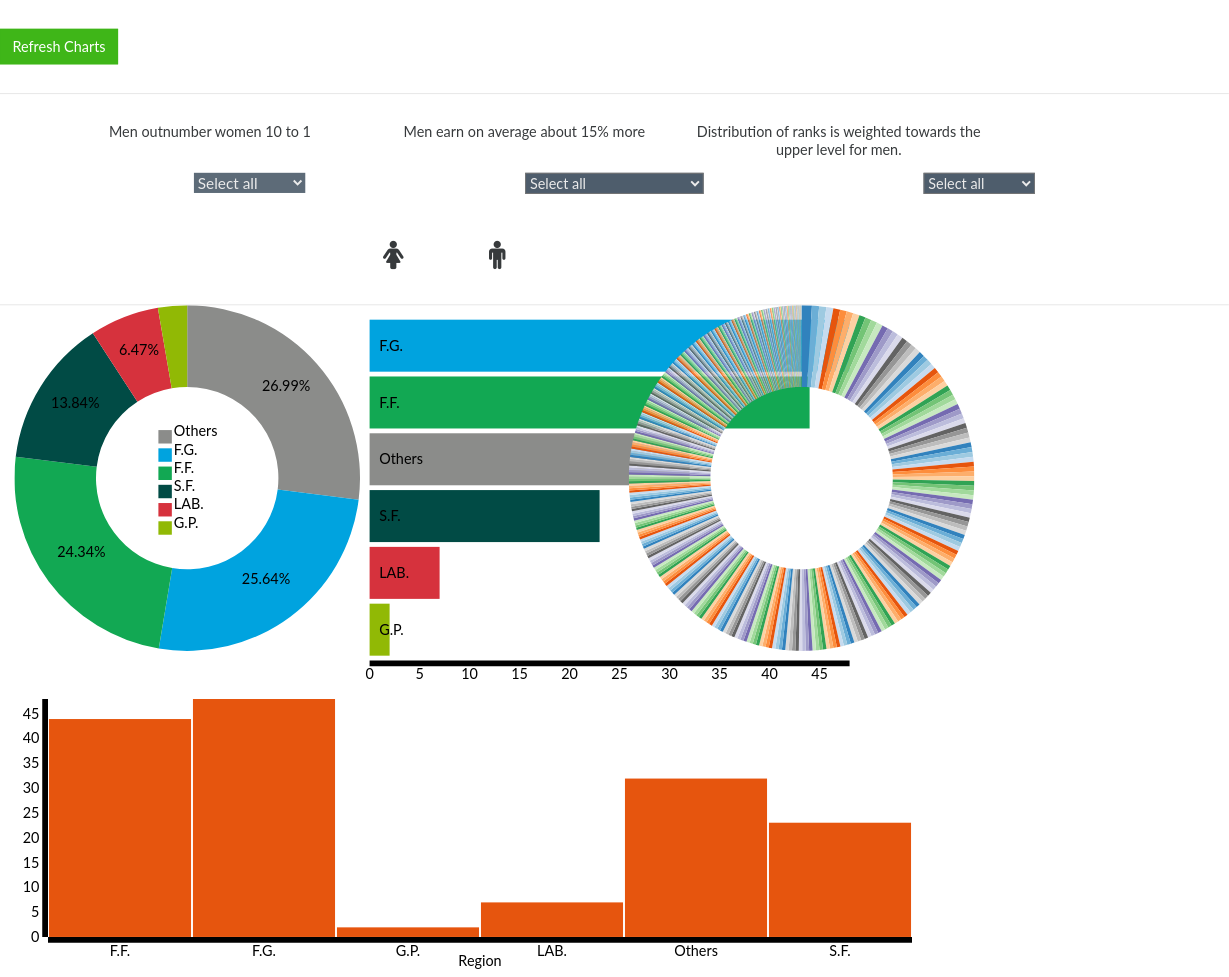
Repository: pauldardis/project-2-test
Page: index.html
The author's editor kept a record of every edit. The page is drawn from the files as they stood at one moment, then again after the next edit.
The browser window is 1280 px wide. The pictures show the whole page, at 96% of full size.

Above is the page before.

### index.html
<!DOCTYPE html>
<html lang="en">

<head>
    <meta charset="UTF-8">
    <meta name="viewport" content="width=device-width, initial-scale=1.0">
    <meta http-equiv="X-UA-Compatible" content="ie=edge">
    <title>Dashboard</title>

    <link rel="stylesheet" href="assets/css/bootstrap.min.css" type="text/css" />
    <!--<link rel="stylesheet" href="assets/css/dc.min.css" type="text/css" />-->
    <link rel="stylesheet" type="text/css" href="https://maxcdn.bootstrapcdn.com/font-awesome/4.7.0/css/font-awesome.min.css">
    <link rel="stylesheet" href="assets/css/style.css" type="text/css" />


    <script type="text/javascript" src="assets/js/d3.min.js"></script>
    <script type="text/javascript" src="assets/js/crossfilter.min.js"></script>
    <script type="text/javascript" src="assets/js/dc.min.js"></script>
    <script type="text/javascript" src="assets/js/queue.min.js"></script>
    <script type="text/javascript" src="assets/js/graps.js"></script>

</head>

<body>

    <section class="section">
        <div id="refresh-button">
            <button type="submit" class="btn btn-success" onClick="refreshPage()">Refresh Charts</button>
        </div>
    </section>




    <section class="section">
        <div class="container">
            <div class="row">
                <div class="row">
                    <div class="col-xs-12 col-sm-4 text-center">
                        <p class="section-paragraph">Men outnumber women 10 to 1</p>
                    </div>
                    <div class="col-xs-12 col-sm-4 text-center">
                        <p class="section-paragraph">Men earn on average about 15% more</p>
                    </div>
                    <div class="col-xs-12 col-sm-4 text-center">
                        <p class="section-paragraph">Distribution of ranks is weighted towards the upper level for men.</p>
                    </div>
                </div>
                <div class="container">
                    <div class="row">
                        <div class="col-xs-12 col-sm-4 col-md-4 col-lg-4 text-center custom-chart" id="region-selector"></div>
                        <div class="col-xs-12 col-sm-4 col-md-4 col-lg-4 text-center custom-chart" id="constituency-selector"></div>
                        <div class="col-xs-12 col-sm-4 col-md-4 col-lg-4 text-center custom-chart" id="elected-selector"></div>
                    </div>
                </div>
            </div>
        </div>
        <div class="row col-12"></div>
        <div class="col-xs-12 col-sm-12 col-lg-12 gender-box">
            <i class="fa fa-female fa-gender" aria-hidden="true"></i> <span class="number-box" id="percent-of-women-professors"></span>
            <i class="fa fa-male fa-gender" aria-hidden="true"></i> <span class="number-box" id="percent-of-men-professors"></span>
        </div>
    </section>

    <section>
        <div class="container-fluid">
            <div class="row">
                <div class="col-xs-12 col-sm-6 col-md-3 col-lg-3">
                    <div>
                        <div>
                            <div class=" " id="party_first_preference_graphs"></div>
                        </div>
                    </div>
                </div>
                <div class="col-xs-12 col-sm-6 col-md-3 col-lg-3">
                    <div>
                        <div>
                            <div class="" id="candidate-graph"></div>
                        </div>
                    </div>
                </div>
                <div class="col-xs-12 col-sm-6 col-md-3 col-lg-3">
                    <div>
                        <div>
                            <div class="" id="candidate-first-preferance-graph">
                            </div>
                        </div>
                    </div>
                </div>
                <div class="col-xs-12 col-sm-6 col-md-3 col-lg-3">
                    <div>
                        <div>
                            <!--<div class="" id="candidate-graph">-->
                            </div>
                        </div>
                    </div>
                </div>
            </div>
    </section>



<div class="" id="candidate-graph"></div>
<div class="" id="candidate-graph-v2"></div>







    <!--<div class="col-xs-12 col-sm-6 col-md-3 col-lg-3 " id="party_first_preference_graphs"></div>-->
    <!--<div class="col-xs-12 col-sm-6 col-md-3 col-lg-3 text-center" id="party_total_votes_graphs"></div>-->
    <!--<div class="col-xs-12 col-sm-6 col-md-3 col-lg-3 text-center" id="candidate-first-preferance-graph"></div>-->
    <!--<div class="col-xs-12 col-sm-6 col-md-3 col-lg-3 text-center" id="candidate-total-votes-graph"></div>-->


    <section>
        <div class="container">
            <div class="row">
                <!--<div class="col-xs-12 col-sm-4 text-center" id="candidate-first-preferance-graph"></div>-->
                <!--<div class="col-xs-12 col-sm-4 text-center" id="candidate-total-votes-graph"></div>-->
            </div>
        </div>
    </section>








</body>

</html>

### assets/js/graps.js
queue()
    .defer(d3.csv, "assets/data/election-2016.csv")
    .await(makeGraphs);



function makeGraphs(error, salesData) {
    var ndx = crossfilter(salesData);



    // these are the working graphs
    region_selector(ndx);
    constituency_selector(ndx);
    elected_selector(ndx);
    show_count_elected_by_gender(ndx, "F", "#count-of-women-elected");
    show_count_elected_by_gender(ndx, "M", "#count-of-men-elected");
    party_first_preference_graphs(ndx);
    candidate_graphs(ndx);






    // these are the graphs in test

    party_total_votes_graphs(ndx);
    candidate_first_preferance_graphs(ndx);
    candidate_total_votes_graphs(ndx);
    candidate_graphs_v2(ndx);


    dc.renderAll();
}


// This is the working section



function refreshPage() {
    window.location.reload();
}

function region_selector(ndx) {
    var dim = ndx.dimension(dc.pluck('Region'));
    group = dim.group();

    dc.selectMenu("#region-selector")
        .dimension(dim)
        .group(group);
}

function constituency_selector(ndx) {
    var dim = ndx.dimension(dc.pluck('Constituency_Name'));
    group = dim.group();

    dc.selectMenu("#constituency-selector")
        .dimension(dim)
        .group(group);
}

function elected_selector(ndx) {
    var dim = ndx.dimension(dc.pluck('Result'));
    group = dim.group();

    dc.selectMenu("#elected-selector")
        .dimension(dim)
        .group(group);
}















function party_first_preference_graphs(ndx) {

    var dim = ndx.dimension(dc.pluck('Party_Abbreviation'));
    var group = dim.group().reduceSum(dc.pluck('Count_1'));

    dc.pieChart('#party_first_preference_graphs')
        .height(360)
        .width(360)
        .innerRadius(95)
        .transitionDuration(1500)
        .colors(d3.scale.ordinal().range(["#8B8C8A", "#00A3DF", "#12A853", "#014B45", "#D6323D", "#91B905"]))
        .dimension(dim)
        .renderLabel(true)
        .legend(dc.legend().x(150).y(130).itemHeight(14).gap(5))
        .title(function(d) {
            return d.key + ": " + ((d.value / d3.sum(group.all(),
                function(d) { return d.value; })) * 100).toFixed(2) + "%";
        })
        .on("pretransition", function(chart) {
            chart.selectAll("text.pie-slice").text(function(d) {
                if (dc.utils.printSingleValue(
                        (d.endAngle - d.startAngle) /
                        (2 * Math.PI) * 100) >= 6) {
                    return dc.utils.printSingleValue(
                        (d.endAngle - d.startAngle) /
                        (2 * Math.PI) * 100) + "%";
                }
            })
        })
        .group(group);
}


function candidate_graphs(ndx) {
    var dim = ndx.dimension(dc.pluck('Party_Abbreviation'));
    var group = dim.group().reduceSum(dc.pluck('Seat'));

    dc.rowChart("#candidate-graph")
        .width(600)
        .height(400)
        .colors(d3.scale.ordinal().range(["#00A3DF", "#12A853", "#8B8C8A", "#014B45", "#D6323D", "#91B905"]))
        .margins({ top: 10, right: 50, bottom: 30, left: 50 })
        .dimension(dim)
        .transitionDuration(1500)
        .elasticX(true)
        .group(group);
}



function show_count_elected_by_gender(ndx, gender, element) {
    var countThatAreElected = ndx.groupAll().reduce(
        function(p, v) {
            if (v.Gender === gender) {
                p.count++;
                if (v.Result === "Elected") {
                    p.are_elected++;
                }
            }
            return p;
        },
        function(p, v) {
            if (v.Gender === gender) {
                p.count--;
                if (v.Result === "Elected") {
                    p.are_elected--;
                }
            }
            return p;
        },
        function() {
            return { count: 0, are_elected: 0 };
        },
    );


    dc.numberDisplay(element)
    // .formatNumber(d3.format("2.s"))
        .valueAccessor(function(d) {
            if (d.count == 0) {
                return 0;
            }
            else {
                return (d.are_elected);
            }
        })
        .transitionDuration(1500)
        .group(countThatAreElected)
}





























//this is the testing section





function candidate_graphs_v2(ndx) {

    var partyColors = d3.scale.ordinal()
        .domain(["F.G.", "F.F.", "Others", "S.F.", "LAB.", "G.P."])
        .range(["pink", "blue", "red", "yellow", "black", "green"]);

    var dim = ndx.dimension(dc.pluck('Party_Abbreviation'));
    var group = dim.group().reduceSum(dc.pluck('Seat'));


    var party_color = ndx.dimension(function(d) {
        return [d.Party_Abbreviation, d.Seat];
    });

    var partyGroup = party_color.group();

    // console.log(group.all());


    dc.barChart("#candidate-graph-v2")
        .width(1000)
        .height(300)
        .margins({ top: 10, right: 50, bottom: 30, left: 50 })
        .dimension(dim)
        // .colorAccessor(function(d) {
        //     return d.key[0];
        // })
        .colors(d3.scale.ordinal().range(["#e6550e", "#fd8c3d", "#3182bc", "#fd8c3d", "#fd8c3d", "#fd8c3d", "#fd8c3d"]))
        .group(group)
        .x(d3.scale.ordinal())
        .xUnits(dc.units.ordinal)
        .elasticY(true)
        .xAxisLabel("Region")
        .yAxis().ticks(10);


}


function party_total_votes_graphs(ndx) {
    var dim = ndx.dimension(dc.pluck('Party_Abbreviation'));
    var group = dim.group().reduceSum(dc.pluck('Seat'));

    dc.pieChart('#party_total_votes_graphs') /* targeting the div where we want the pie chart*/
        .height(360)
        .width(360)
        .innerRadius(95)
        .transitionDuration(1500)
        // .colors(d3.scale.ordinal().range(["#3182bc", "#fd8c3d", "#e6550e"]))
        .dimension(dim)
        .renderLabel(true)
        .legend(dc.legend().x(150).y(130).itemHeight(14).gap(5))
        // .radius(360)
        .group(group)
        .title();
}















// function party_total_votes_graphs(ndx) {

//     var dim = ndx.dimension(dc.pluck('Party_Abbreviation'));
//     var group = dim.group().reduceSum(dc.pluck('Total_Votes'));

//     dc.pieChart('#party_total_votes_graphs') /* targeting the div where we want the pie chart*/
//         .height(360)
//         .width(360)
//         .innerRadius(95)
//         .transitionDuration(1500)
//         // .colors(d3.scale.ordinal().range(["#3182bc", "#fd8c3d", "#e6550e"]))
//         .dimension(dim)
//         .renderLabel(true)
//         .legend(dc.legend().x(110).y(150).itemHeight(13).gap(5))
//         // .title(function(d) {
//         //     return d.key + ": " + ((d.value / d3.sum(group.all(),
//         //         function(d) { return d.value; })) * 100).toFixed(0) + "%";
//         // })
//         .on("pretransition", function(chart)
//         {
//             chart.selectAll("text.pie-slice").text(function(d) {
//                 if (dc.utils.printSingleValue(
//                         (d.endAngle - d.startAngle) /
//                         (2 * Math.PI) * 100) >= 6) {
//                     return dc.utils.printSingleValue(
//                         (d.endAngle - d.startAngle) /
//                         (2 * Math.PI) * 100) + "%";
//                 }
//             }
//             )
//             chart.select("svg")
//                 .attr("height", "100%")
//                 .attr("width", "100%")
//                 .attr("viewBox", "0 0 360 360");
//             chart.selectAll(".dc-legend-item text")
//                 .attr("fill", "#1D47FF")
//                 .text("")
//                 .append("tspan")
//                 .text(function(d) { return d.name; })
//                 .attr("x", 70)
//                 .attr("text-anchor", "end");
//         })
//         .group(group);
// }










function candidate_first_preferance_graphs(ndx) {
    var dim = ndx.dimension(dc.pluck('Candidate'));
    var group = dim.group().reduceSum(dc.pluck('Count_1'));


    dc.pieChart('#candidate-first-preferance-graph') /* targeting the div where we want the pie chart*/
        .height(360)
        .width(360)
        .radius(360)
        .innerRadius(95)
        .transitionDuration(1500)
        .dimension(dim)
        .group(group);
}

function candidate_total_votes_graphs(ndx) {
    var dim = ndx.dimension(dc.pluck('Candidate'));
    var group = dim.group().reduceSum(dc.pluck('Total_Votes'));


    dc.pieChart('#candidate-total-votes-graph') /* targeting the div where we want the pie chart*/
        .height(250)
        .radius(100)
        .innerRadius(30)
        .transitionDuration(1500)
        .dimension(dim)
        .group(group);
}












// Everything under here is in test















































// function show_revenue_graphs(ndx) {
//     var dim = ndx.dimension(dc.pluck('Candidate'));
//     var group = dim.group().reduceSum(dc.pluck('Total_Votes'));
//     // var group = dim.group();

//     dc.rowChart("#revenue-graph")
//         .width(600)
//         .height(2000)
//         .margins({ top: 10, right: 50, bottom: 30, left: 50 })
//         .dimension(dim)
//         .group(group);
// .transitionDuration(500)
// .x(d3.scale.ordinal())
// .xUnits(dc.units.ordinal)
// .elasticY(true)
// .xAxisLabel("Region")
// .yAxis().ticks(10);


// }


// function candidate_graphs(ndx) {
//     var dim = ndx.dimension(dc.pluck('Candidate'));
//     var group = dim.group().reduceSum(dc.pluck('Constituency_Name'));

//     dc.barChart("#candidate-graph")
//         .width(600)
//         .height(300)
//         .margins({ top: 10, right: 50, bottom: 30, left: 50 })
//         .dimension(dim)
//         .group(group)
//         .transitionDuration(500)
//         .x(d3.scale.ordinal())
//         .xUnits(dc.units.ordinal)
//         .elasticY(true)
//         .xAxisLabel("Region")
//         .yAxis().ticks(10);

// }

Loaded but not shown: assets/css/bootstrap.min.css (library); assets/js/d3.min.js (library); assets/js/crossfilter.min.js (library); assets/js/dc.min.js (library); assets/js/queue.min.js (common file); assets/css/style.css (458 lines, source omitted)

After the next edit:
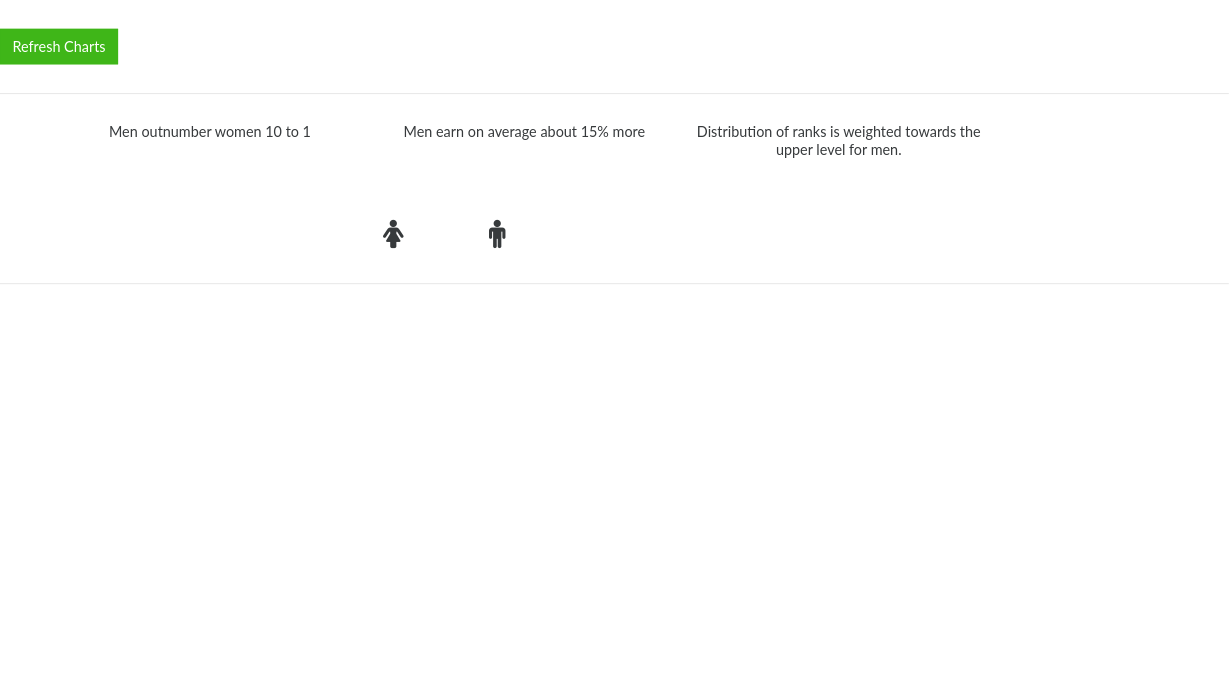
Console error: SyntaxError: Unexpected token 'function'
The edit:
--- a/assets/js/graps.js
+++ b/assets/js/graps.js
@@ -175,6 +175,14 @@
 }
 
 
+
+
+
+
+
+
+
+function show_count_elected_by_candidate(ndx, gender, element)
 
 
 

After the 2 edits that followed:
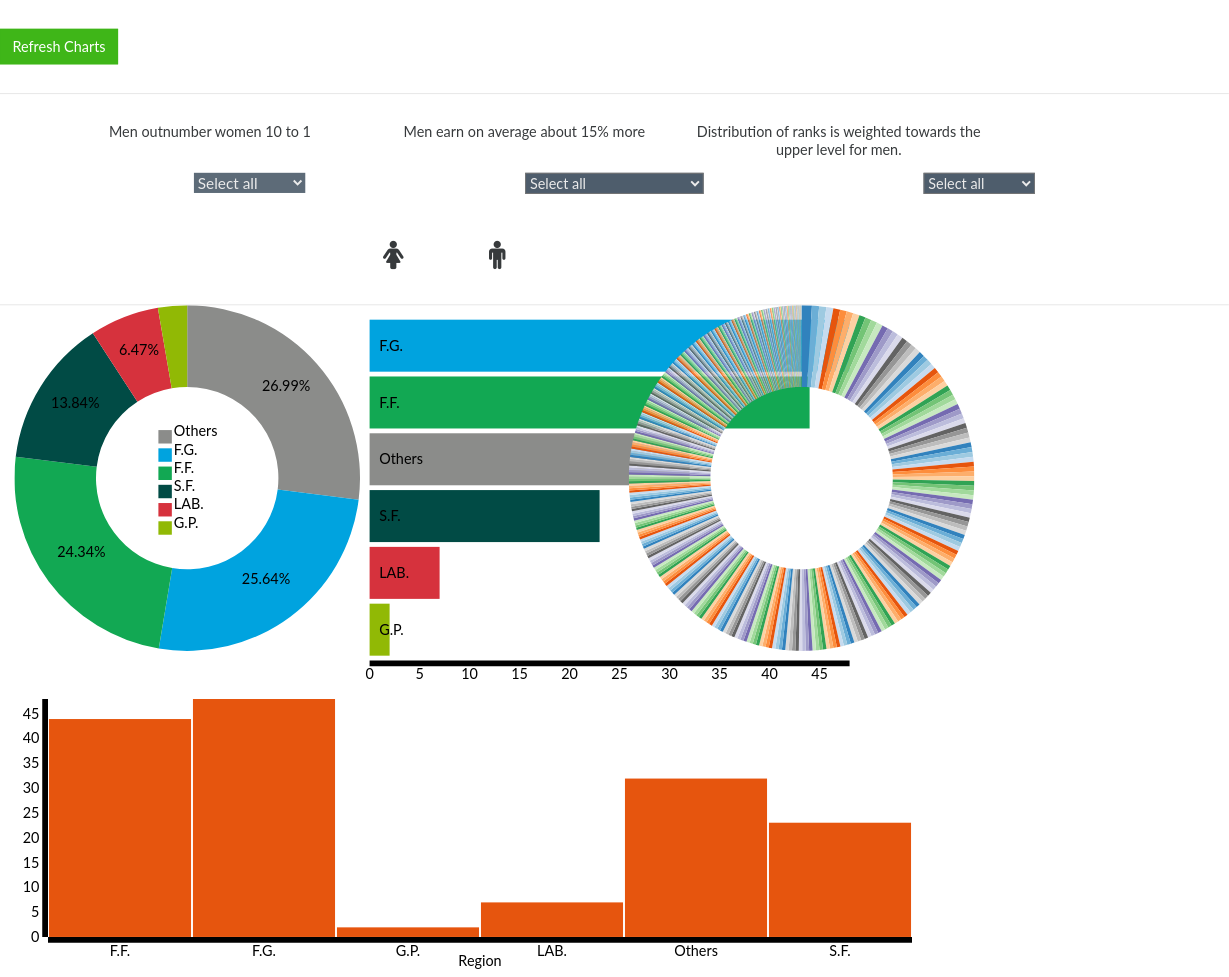
The error is gone.
The 2 edits are shown as one change because 1 left the picture as it was.
The edit:
--- a/assets/js/graps.js
+++ b/assets/js/graps.js
@@ -182,7 +182,6 @@
 
 
 
-function show_count_elected_by_candidate(ndx, gender, element)
 
 
 
@@ -211,6 +210,47 @@
 
 
 //this is the testing section
+
+
+function show_count_candidate_gender(ndx, gender, element) {
+    var countThatAreElected = ndx.groupAll().reduce(
+        function(p, v) {
+            if (v.Gender === gender) {
+                p.count++;
+                if (v.Result === "Elected") {
+                    p.are_elected++;
+                }
+            }
+            return p;
+        },
+        function(p, v) {
+            if (v.Gender === gender) {
+                p.count--;
+                if (v.Result === "Elected") {
+                    p.are_elected--;
+                }
+            }
+            return p;
+        },
+        function() {
+            return { count: 0, are_elected: 0 };
+        },
+    );
+
+
+    dc.numberDisplay(element)
+    // .formatNumber(d3.format("2.s"))
+        .valueAccessor(function(d) {
+            if (d.count == 0) {
+                return 0;
+            }
+            else {
+                return (d.are_elected);
+            }
+        })
+        .transitionDuration(1500)
+        .group(countThatAreElected)
+}
 
 
 
